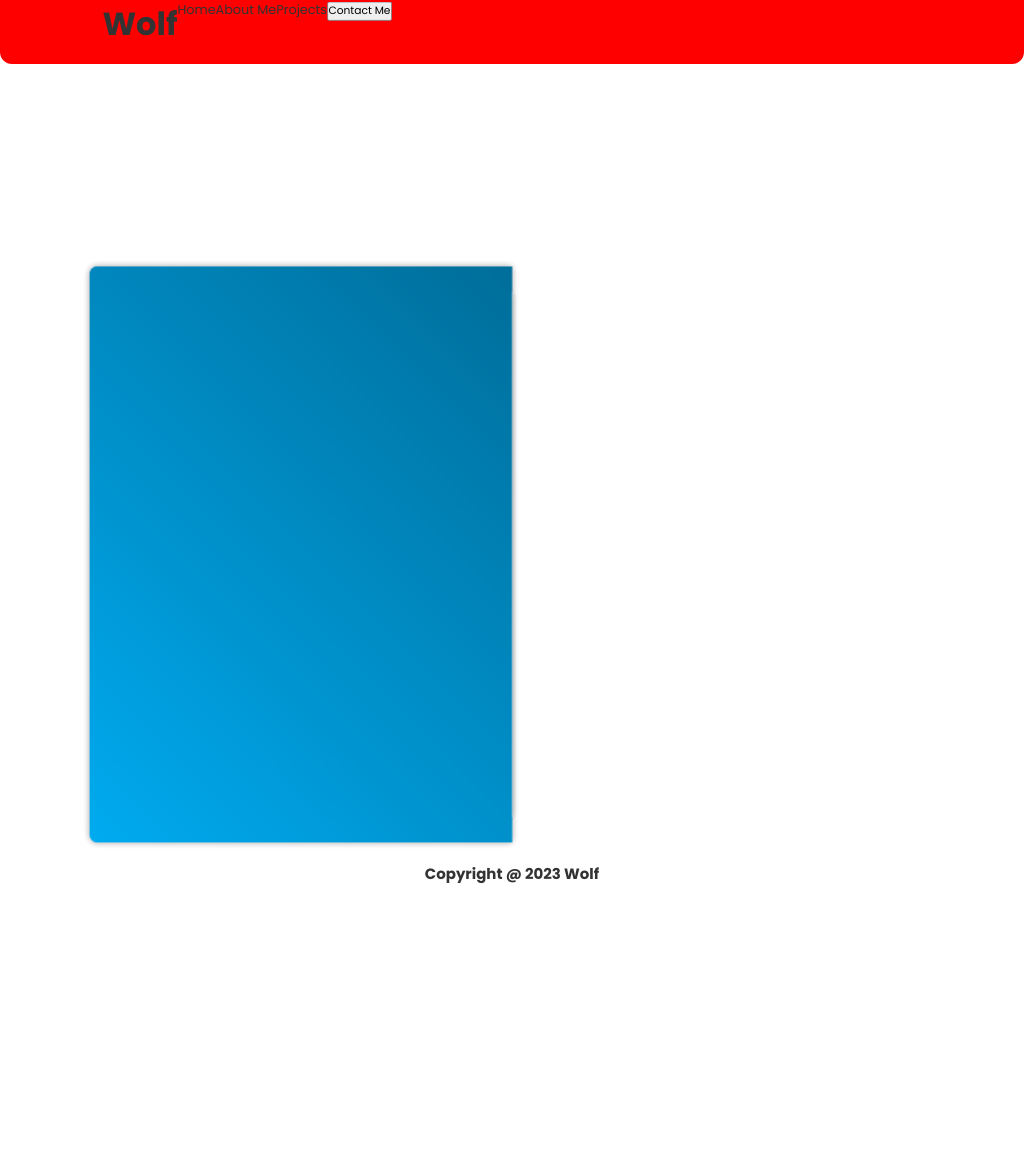
Repository: Ego-Wolf/Portfolio
Page: index.html
These files come from the project's save history. The page is drawn as it stood at one moment and after a run of saves; the edit follows.
The browser window is 1280 px wide. The pictures show the whole page, at 80% of full size.
Pictures or frames that could not be fetched are drawn as grey boxes.

Above is the page before, as saved 2023-12-14 16:08:55.

After the next 2 saves:
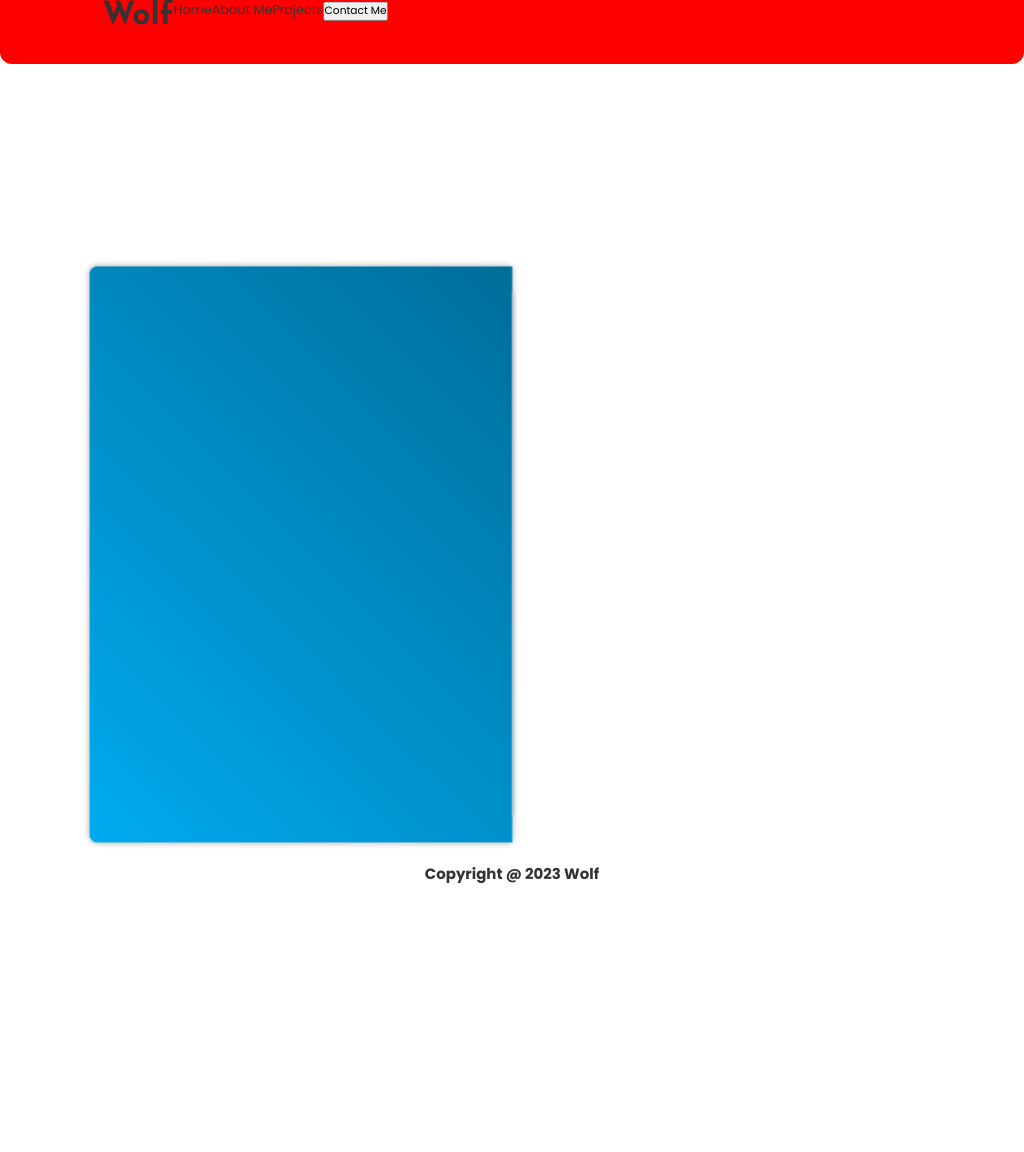
The 2 saves are shown as one change because they came seconds apart.
The last was saved 7 s later.
--- a/style.css
+++ b/style.css
@@ -54,7 +54,7 @@
 
 .header ul h3 {
     font-size: 40px;
-    font-family: ;
+    font-family: var(--font-family-logo);
 }
 
 .header ul {
